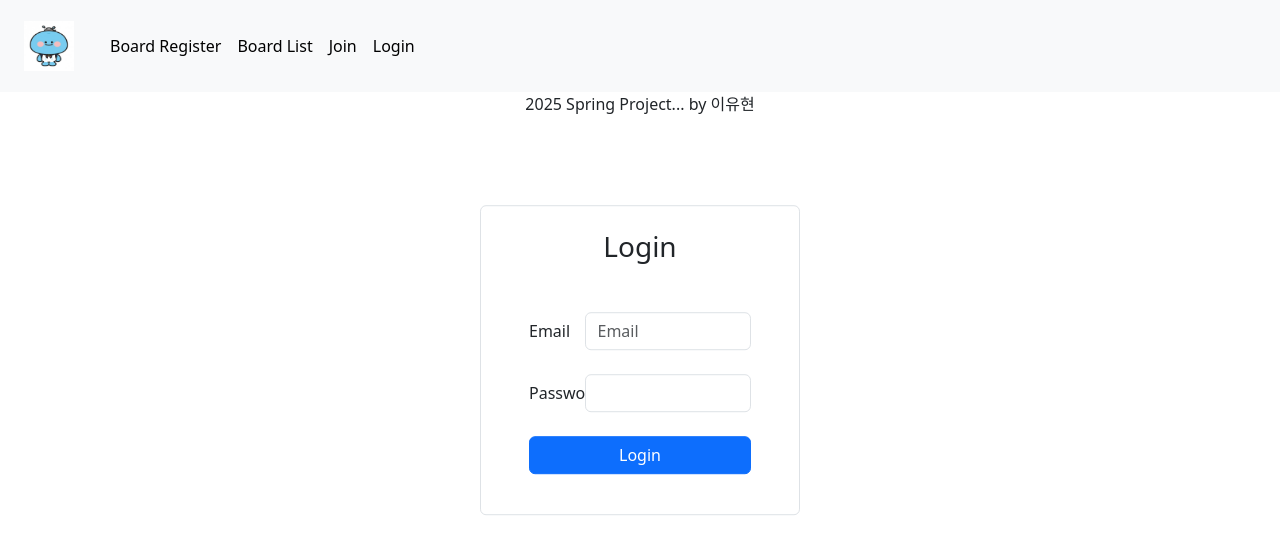
Repository: LeeYouHyeon/6.Spring
Page: http://localhost/spring_project/WEB-INF/views/user/login.jsp
An editor plug-in stored every save of this project. The page is shown before and after the next save, followed by the edit.
The browser window is 1280 px wide. The pictures show the whole page.
The page is served by Tomcat 9. Nobody is signed in. Other server files are loaded and not shown. The template is opened directly, without the code that normally fills it, so the values that code supplies are empty.

Above is the page before, as saved 2025-06-10 05:20:19.

### spring_project/src/main/webapp/WEB-INF/views/user/login.jsp
<%@ page language="java" contentType="text/html; charset=UTF-8" pageEncoding="UTF-8"%>
<%@ include file="../layout/header.jsp"%>
<%@ taglib uri="http://java.sun.com/jsp/jstl/core" prefix="c" %>

<div class="w-25 h-auto px-5 py-4 border rounded position-absolute top-50 start-50 translate-middle">
	<h3 class="text-center mb-5">Login</h3>
	<form action="/user/login" method="post">
		<div class="mb-4 d-flex justify-content-around align-items-center">
			<div class="w-25">Email</div>
			<input type="text"
				class="form-control w-75"
				id="email"
				name="email"
				placeholder="Email"
				required>
		</div>
		<div class="mb-4 d-flex justify-content-around align-items-center">
			<div class="w-25">Password</div>
			<input type="password"
				class="form-control w-75"
				id="pwd"
				name="pwd">
		</div>
		<button type="submit" class="btn btn-primary w-100 mb-3">Login</button>
	</form>
</div>

<%@ include file="../layout/footer.jsp"%>

### spring_project/src/main/webapp/WEB-INF/views/layout/header.jsp
<%@ page language="java" contentType="text/html; charset=UTF-8" pageEncoding="UTF-8"%>
<!DOCTYPE html>
<html>
<head>
<meta charset="UTF-8">
<title>Spring Project</title>
<link rel="stylesheet" href="/resources/dist/css/bootstrap.min.css">
<script type="text/javascript" src="/resources/dist/js/bootstrap.bundle.min.js"></script>
</head>
<body>
	<nav class="navbar navbar-expand-lg bg-body-tertiary">
		<div class="container-fluid">
			<nav class="navbar bg-body-tertiary">
				<div class="container">
					<a class="navbar-brand" href="/">
						<img src="/resources/image/logo.jpg" alt="Bootstrap" width="50" height="50">
					</a>
				</div>
			</nav>
			<button class="navbar-toggler"
				type="button"
				data-bs-toggle="collapse"
				data-bs-target="#navbarSupportedContent"
				aria-controls="navbarSupportedContent"
				aria-expanded="false"
				aria-label="Toggle navigation">
				<span class="navbar-toggler-icon"></span>
			</button>
			<div class="collapse navbar-collapse" id="navbarSupportedContent">
				<ul class="navbar-nav me-auto mb-2 mb-lg-0">
					<li class="nav-item"><a class="nav-link active" aria-current="page" href="/board/register">Board Register</a></li>
					<li class="nav-item"><a class="nav-link active" aria-current="page" href="/board/list">Board List</a></li>
					<li class="nav-item"><a class="nav-link active" aria-current="page" href="/user/register">Join</a></li>
					<li class="nav-item"><a class="nav-link active" aria-current="page" href="/user/login">Login</a></li>
				</ul>
			</div>
		</div>
	</nav>

### spring_project/src/main/webapp/WEB-INF/views/layout/footer.jsp
<%@ page language="java" contentType="text/html; charset=UTF-8"
	pageEncoding="UTF-8"%>

<div class="container-md d-flex justify-content-center">2025 Spring Project... by 이유현</div>
</body>
</html>

Loaded but not shown: spring_project/src/main/webapp/resources/dist/css/bootstrap.min.css (library); spring_project/src/main/webapp/resources/dist/js/bootstrap.bundle.min.js (library)

After the next save:
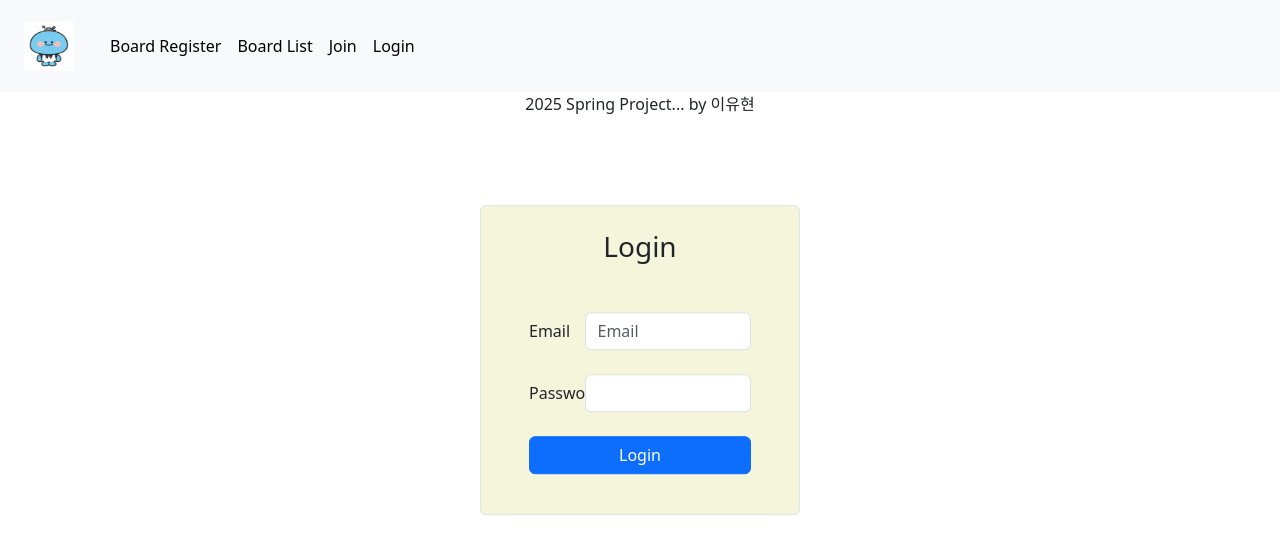
Saved 3 min 8 s later.
--- a/spring_project/src/main/webapp/WEB-INF/views/user/login.jsp
+++ b/spring_project/src/main/webapp/WEB-INF/views/user/login.jsp
@@ -2,7 +2,8 @@
 <%@ include file="../layout/header.jsp"%>
 <%@ taglib uri="http://java.sun.com/jsp/jstl/core" prefix="c" %>
 
-<div class="w-25 h-auto px-5 py-4 border rounded position-absolute top-50 start-50 translate-middle">
+<div class="w-25 h-auto px-5 py-4 border rounded position-absolute top-50 start-50 translate-middle"
+	style="background-color: beige;">
 	<h3 class="text-center mb-5">Login</h3>
 	<form action="/user/login" method="post">
 		<div class="mb-4 d-flex justify-content-around align-items-center">
